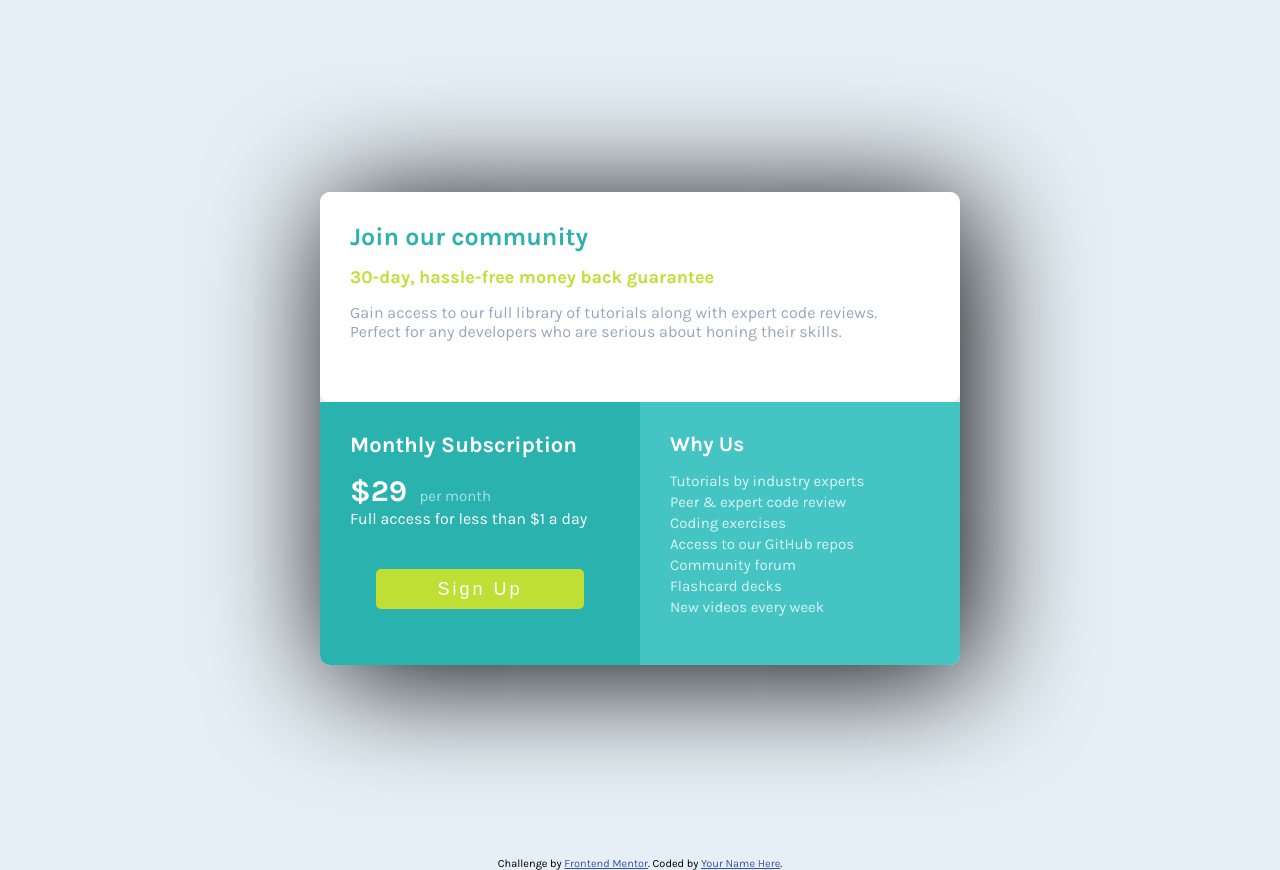
Repository: Pedrohamoura-Git/Frontend-Mentor-Challenges
Page: Newbie/single-price-grid-component-master/index.html
An editor plug-in stored every save of this project. The page is shown before and after the next save, followed by the edit.
The browser window is 1280 px wide. The pictures show the whole page.

Above is the page before, as saved 2021-05-31 16:00:37.

After the next save:
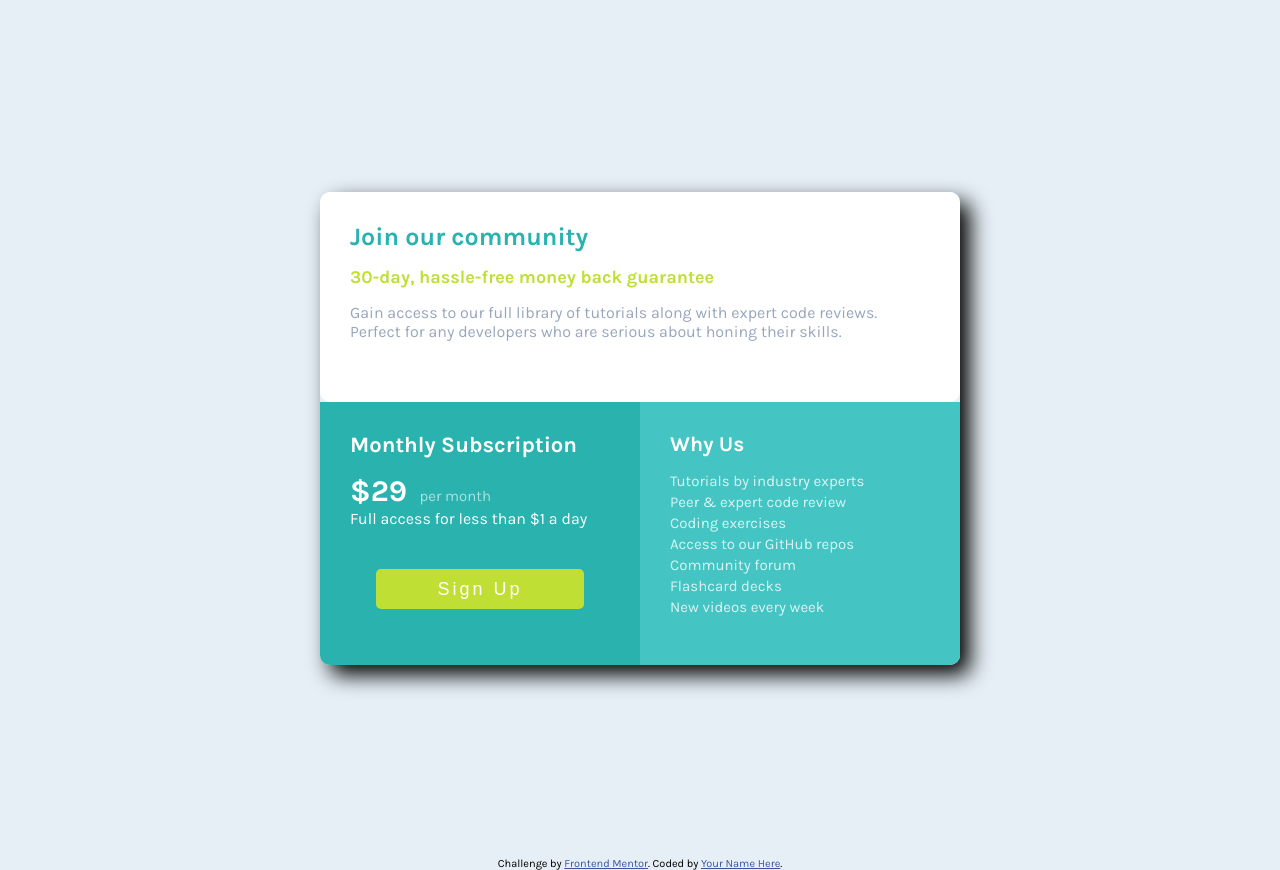
Saved 4 s later.
--- a/Newbie/single-price-grid-component-master/css/style.css
+++ b/Newbie/single-price-grid-component-master/css/style.css
@@ -24,7 +24,7 @@
 */
     #wrapper {
         border-radius: 1rem;
-        box-shadow: 10px 10px 121px rgba(0, 0, 0);
+        box-shadow: 10px 10px 21px rgba(0, 0, 0);
         display: grid;
         grid-template-rows: repeat(auto-fit, minmax(200px, 1fr));
         margin: 15% auto;
